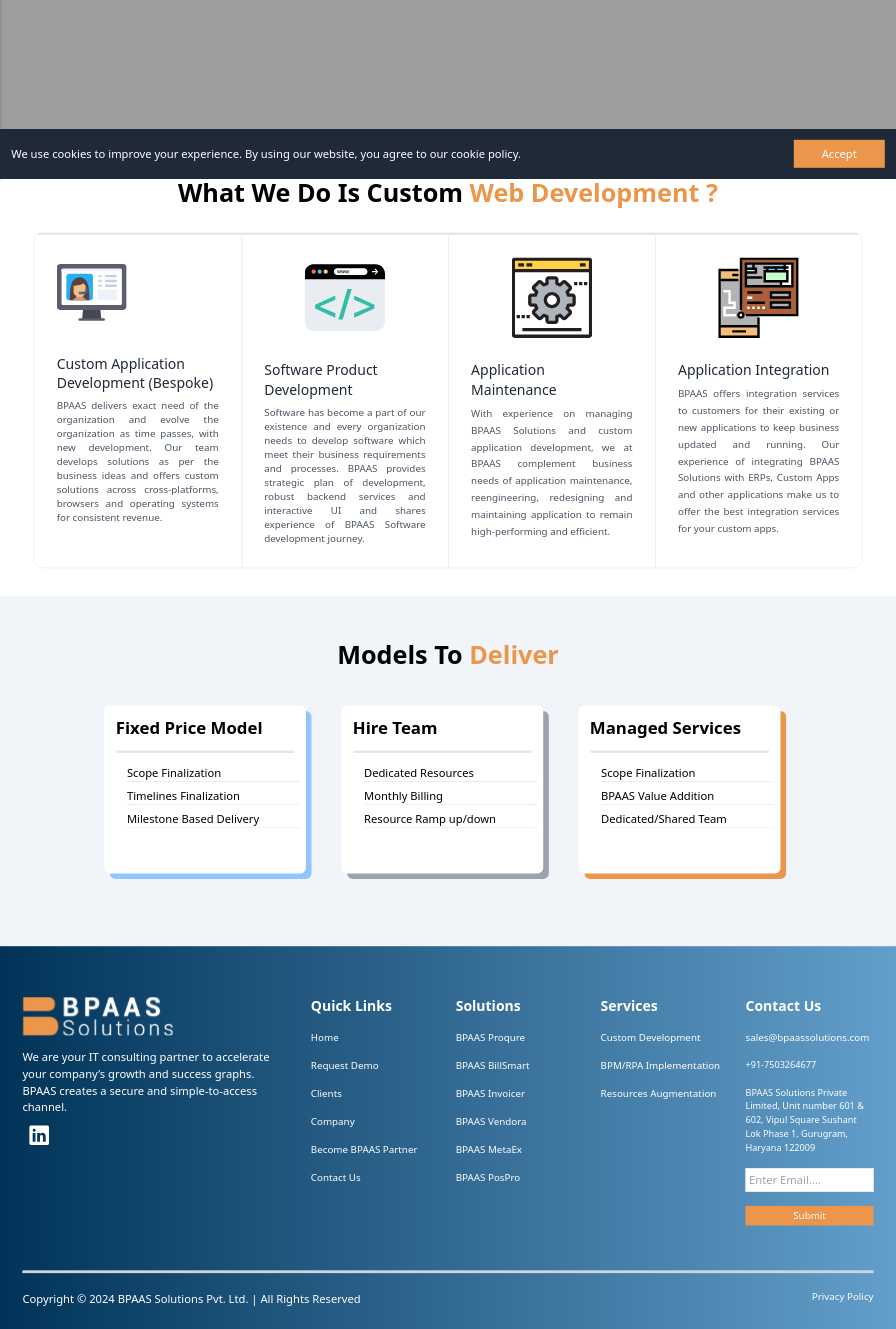
Repository: captainalpha/BP-Website
Page: /services/bp-services
The author's editor kept a copy of each file at every save. The page is drawn from the files as they stood at one save, then again after the next save.
The browser window is 1280 px wide. The pictures show the part of the page from y = 464 to 2384 px (the page is 2363 px tall before and 2384 px after), at 70% of full size.
Pictures or frames that could not be fetched are drawn as grey boxes. The project was rebuilt for these pictures with package versions that can differ from the ones it lists, and the page was loaded fresh each time. The framework's server and built-in components were replaced by stand-ins that run in the browser. Also part of the build but not shown: next.config.js, components/common/TopBanner.js.

Above is the page before, as saved 2024-08-13 14:28:49.

### pages/_app.js
import Navbar from "../components/common/Navbar";
import "../styles/globals.css";
import Footer from "../components/common/Footer";

import "swiper/css";
import "swiper/css/navigation";
import "swiper/css/pagination";



import { motion, AnimatePresence } from "framer-motion";
import CookiesMain from "../components/common/CookiesMain";

// import styles from './slider.module.scss'
function MyApp({ Component, pageProps, router }) {
  const spring = {
    type: "spring",
    damping: 20,
    stiffness: 100,
    when: "afterChildren",
  };
  return (
    <>
      <div className="z-50 scroll-smooth">
        <Navbar />
      </div>
      <AnimatePresence>
        <div className="page-transition-wrapper">
          <motion.div
            transition={spring}
            key={router.pathname}
            initial={{ y: -300, opacity: 0 }}
            animate={{ y: 0, opacity: 1 }}
            exit={{ y: 300, opacity: 0 }}
            id="page-transition-container"
          >
            <Component {...pageProps} /> <Footer />{" "}
            <CookiesMain/>
          </motion.div>
        </div>
      </AnimatePresence>
    </>
  );
}

export default MyApp;

### pages/services/bp-services.js
import TopBanner from "../../components/common/TopBanner";
import SectionHeader from "../../components/common/SectionHeader";
import TopBanner2 from "../../components/common/TopBanner2";
import Image from "next/image";

function BpServices() {
  return (
    <div>
      <TopBanner2
        image={"/images/policy-service2.jpg"}
        title="Services"
        discription="This Privacy Policy explains how we collect, use, disclose, and safeguard your information when you visit our website."
        btnShow={false}
      />
      <SectionHeader title="What we do is Custom " cTitle="Web Development ?" />
      <div className="py-0 overflow-hidden">
        <div className="container m-auto px-6 space-y-8 text-gray-500 md:px-12 pb-10">

          <div className=" grid border md:gap-0 gap-6  divide-x divide-y rounded-xl overflow-hidden sm:grid-cols-2 lg:divide-y-0 lg:grid-cols-2 xl:grid-cols-4">
            <div className="relative group bg-white transition hover:z-[1] hover:shadow-2xl">
              <div className="relative p-8 space-y-8 border-t-[3px] hover:border-orange">
                <Image
                  src="/svg/customer-dev.svg"
                  className="w-1/2 mx-auto"
                  width="100"
                  height="100"
                  alt="customer-developement"
                />

                <div className="space-y-2">
                  <h5 className="text-xl text-gray-800 font-medium transition group-hover:text-yellow-600">
                    Custom Application Development (Bespoke)
                  </h5>
                  <p className="text-sm text-gray-600 text-justify font-medium">
                    BPAAS delivers exact need of the organization and evolve the
                    organization as time passes, with new development. Our team
                    develops solutions as per the business ideas and offers
                    custom solutions across cross-platforms, browsers and
                    operating systems for consistent revenue.
                  </p>
                </div>
                {/* <a href="#" className="flex justify-between items-center group-hover:text-yellow-600">
                        <span className="text-sm">Read more</span>
                        <span className="-translate-x-4 opacity-0 text-2xl transition duration-300 group-hover:opacity-100 group-hover:translate-x-0">&RightArrow;</span>
                    </a> */}
              </div>
            </div>
            <div className="relative group bg-white transition hover:z-[1] hover:shadow-2xl">
              <div className="relative p-8 space-y-8 border-t-[3px] hover:border-orange">
                <img
                  // src="https://img.freepik.com/free-vector/customer-satisfaction-vector-banner_1325-2767.jpg?w=826"
                  src="/svg/software-dev.svg"
                  className="w-1/2 mx-auto"
                  width="350"
                  height="350"
                  alt="burger illustration"
                />

                <div className="space-y-2">
                  <h5 className="text-xl text-gray-800 font-medium transition group-hover:text-yellow-600">
                    Software Product Development
                  </h5>
                  <p className="text-sm text-gray-600 text-justify font-medium">
                    Software has become a part of our existence and every
                    organization needs to develop software which meet their
                    business requirements and processes. BPAAS provides
                    strategic plan of development, robust backend services and
                    interactive UI and shares experience of BPAAS Software
                    development journey.
                  </p>
                </div>
                {/* <a href="#" className="flex justify-between items-center group-hover:text-yellow-600">
                        <span className="text-sm">Read more</span>
                        <span className="-translate-x-4 opacity-0 text-2xl transition duration-300 group-hover:opacity-100 group-hover:translate-x-0">&RightArrow;</span>
                    </a> */}
              </div>
            </div>
            <div className="relative group bg-white transition hover:z-[1] hover:shadow-2xl">
              <div className="relative p-8 space-y-8 border-t-[3px] hover:border-orange">
                <img
                  // src="https://img.freepik.com/free-vector/customer-satisfaction-vector-banner_1325-2767.jpg?w=826"
                  src="/svg/application-maintenance.svg"
                  className="w-1/2 mx-auto"
                  width="350"
                  height="350"
                  alt="burger illustration"
                />

                <div className="space-y-2">
                  <h5 className="text-xl text-gray-800 font-medium transition group-hover:text-yellow-600">
                    Application Maintenance
                  </h5>
                  <p className="text-sm text-gray-600 text-justify font-medium leading-6">
                    With experience on managing BPAAS Solutions and custom
                    application development, we at BPAAS complement business
                    needs of application maintenance, reengineering, redesigning
                    and maintaining application to remain high-performing and
                    efficient.
                  </p>
                </div>
                {/* <a href="#" className="flex justify-between items-center group-hover:text-yellow-600">
                        <span className="text-sm">Read more</span>
                        <span className="-translate-x-4 opacity-0 text-2xl transition duration-300 group-hover:opacity-100 group-hover:translate-x-0">&RightArrow;</span>
                    </a> */}
              </div>
            </div>
            <div className="relative group bg-white transition hover:z-[1] hover:shadow-2xl">
              <div className="relative p-8 space-y-8 border-t-[3px] hover:border-orange">
                <img
                  // src="https://img.freepik.com/free-vector/customer-satisfaction-vector-banner_1325-2767.jpg?w=826"
                  src="/svg/app-integration.svg"
                  className="w-1/2 mx-auto "
                  width="350"
                  height="350"
                  alt="app-integration"
                />

                <div className="space-y-2">
                  <h5 className="text-xl text-gray-800 font-medium transition group-hover:text-yellow-600">
                    Application Integration
                  </h5>
                  <p className="text-sm text-gray-600 text-justify font-medium leading-6">
                    BPAAS offers integration services to customers for their
                    existing or new applications to keep business updated and
                    running. Our experience of integrating BPAAS Solutions with
                    ERPs, Custom Apps and other applications make us to offer
                    the best integration services for your custom apps.
                  </p>
                </div>
                {/* <a href="#" className="flex justify-between items-center group-hover:text-yellow-600">
                        <span className="text-sm">Read more</span>
                        <span className="-translate-x-4 opacity-0 text-2xl transition duration-300 group-hover:opacity-100 group-hover:translate-x-0">&RightArrow;</span>
                    </a> */}
              </div>
            </div>
          </div>
        </div>
      </div>

      <div className="bg-slate-100">
        <SectionHeader title="Models to " cTitle=" Deliver" />
        {/* <hr className="pb-2 pt-0 rounded-4xl border-t-4 w-52 m-auto" /> */}
      </div>

      <div className=" bg-slate-100">
        <div className="container mx-auto max-w-5xl">
          <div className="space-y-10 sm:space-y-0 sm:grid sm:grid-cols-2 lg:grid-cols-3 md:gap-10 px-12 pb-12 pt-6 sm:p-6 lg:pb-24 justify-center items-center">
            <div className="relative">
              <div className="bg-blue-300 w-72 h-60 rounded-lg mx-auto">
                <div className="bg-white w-72 h-60 -m-2 hover:m-0 absolute rounded-lg shadow-lg hover:shadow-2xl transition-all duration-150 ease-out hover:ease-in ">
                  <h1 className="m-4 text-lg md:text-2xl font-bold">
                    Fixed Price Model
                  </h1>
                  <hr className="m-4 rounded-2xl border-t-4" />
                  {/* <p className="m-4 text-sm">Lorem Ipsum is slechts een proeftekst uit het drukkerij- en zetterijwezen. Lorem Ipsum is de standaard proeftekst in deze bedrijfstak sinds de 16e eeuw, toen een onbekende drukker een zethaak</p> */}
                  <ul className="list-none hover:list-disc ml-6 px-2">
                    <li className="font-medium">Scope Finalization </li>
                    <hr className="pb-2 rounded-2xl border-t-1" />
                    <li className="font-medium">Timelines Finalization </li>
                    <hr className="pb-2 rounded-2xl border-t-1" />
                    <li className="font-medium">Milestone Based Delivery </li>
                    <hr className="pb-2 rounded-2xl border-t-1" />
                  </ul>
                </div>
              </div>
            </div>

            <div className="relative">
              <div className="bg-gray-400 w-72 h-60 rounded-lg mx-auto">
                <div className="bg-white w-72 h-60 -m-2 hover:m-0 absolute rounded-lg shadow-lg hover:shadow-2xl transition-all duration-150 ease-out hover:ease-in ">
                  <h1 className="m-4 text-lg md:text-2xl font-bold">
                    Hire Team
                  </h1>
                  <hr className="m-4 rounded-2xl border-t-4" />
                  {/* <p className="m-4 text-sm">Lorem Ipsum is slechts een proeftekst uit het drukkerij- en zetterijwezen. Lorem Ipsum is de standaard proeftekst in deze bedrijfstak sinds de 16e eeuw, toen een onbekende drukker een zethaak</p> */}
                  <ul className="list-none hover:list-disc ml-6 px-2">
                    <li className="font-medium">Dedicated Resources </li>
                    <hr className="pb-2 rounded-2xl border-t-1" />
                    <li className="font-medium">Monthly Billing</li>
                    <hr className="pb-2 rounded-2xl border-t-1" />
                    <li className="font-medium">Resource Ramp up/down</li>
                    <hr className="pb-2 rounded-2xl border-t-1" />
                  </ul>
                </div>
              </div>
            </div>

            <div className="relative">
              <div className="bg-orange w-72 h-60 rounded-lg mx-auto">
                <div className="bg-white w-72 h-60 -m-2 hover:m-0 absolute rounded-lg shadow-lg hover:shadow-2xl transition-all duration-150 ease-out hover:ease-in ">
                  <h1 className="m-4 text-lg md:text-2xl font-bold">
                    Managed Services
                  </h1>
                  <hr className="m-4 rounded-2xl border-t-4" />
                  {/* <p className="m-4 text-sm">Lorem Ipsum is slechts een proeftekst uit het drukkerij- en zetterijwezen. Lorem Ipsum is de standaard proeftekst in deze bedrijfstak sinds de 16e eeuw, toen een onbekende drukker een zethaak</p> */}
                  <ul className="list-none hover:list-disc ml-6 px-2">
                    <li className="font-medium">Scope Finalization </li>
                    <hr className="pb-2 rounded-2xl border-t-1" />
                    <li className="font-medium">BPAAS Value Addition</li>
                    <hr className="pb-2 rounded-2xl border-t-1" />
                    <li className="font-medium">Dedicated/Shared Team</li>
                    <hr className="pb-2 rounded-2xl border-t-1" />
                  </ul>
                </div>
              </div>
            </div>
          </div>
        </div>
      </div>
    </div>
  );
}

export default BpServices;

### styles/globals.css
@tailwind base;
@tailwind components;
@tailwind utilities;

.mySwiper {
  padding: 0 3rem;
}
.swiper-button-next {
  color: white;
  font-size: 20px !important;
}
.swiper-button-prev {
  color: white;
  font-size: 20px !important;
}
.swiper-button-prev:after {
  color: white;
  font-size: 20px !important;
}
.swiper-button-next:after {
  color: white;
  font-size: 20px !important;
}
.container-bpaas{
  max-width: 1100px;
}

/* .swiper-button-prev {

  background-image: url("data:[embedded picture, 251 characters]");
} */
.swiper-button-prev:after {

  border: 2px solid white;
  border-radius: 30%;
  /* width: 25%; */
  background: #ec964c;
  padding: 20%;
}
/* .swiper-button-next {
  background-image: url("data:[embedded picture, 251 characters]");
} */
.swiper-button-next:after {

  border: 2px solid white;
  border-radius: 30%;
  /* width: 25%; */
  background: #ec964c;
  padding: 20%;
}

@media only screen and (max-width: 600px) {
  .swiper-button-next:after {
    display: none;
  }
}
@media only screen and (max-width: 600px) {
  .swiper-button-prev:after {
    display: none;
  }
}




/*OEM Modal */
@layer utilities {
  @keyframes modalOpen {
    0% {
      clip-path: polygon(0 0, 0 0, 0 100%, 0 100%);
      opacity: 0;
    }
    100% {
      clip-path: polygon(0 0, 100% 0, 100% 100%, 0 100%);
      opacity: 1;
    }
  }

  @keyframes modalClose {
    0% {
      clip-path: polygon(0 0, 100% 0, 100% 100%, 0 100%);
      opacity: 1;
    }
    100% {
      clip-path: polygon(50% 0, 50% 0, 50% 100%, 50% 100%);
      opacity: 0;
    }
  }

  .animate-modalOpen {
    animation: modalOpen 0.5s forwards;
  }

  .animate-modalClose {
    animation: modalClose 0.5s forwards;
  }

  .custom-aspect-ratio {
    box-shadow: rgba(149, 157, 165, 0.2) 0px 8px 24px;
    aspect-ratio: 3 / 2;
  }
}

### components/common/CookiesMain.js
import { useState, useEffect } from 'react';
import Cookies from 'js-cookie';


const CookiesMain = () => {
    const [showBanner, setShowBanner] = useState(false);

  useEffect(() => {
    const consent = Cookies.get('cookie-consent');
    if (!consent) {
      setShowBanner(true);
    }
  }, []);

  const acceptCookies = () => {
    Cookies.set('cookie-consent', 'true', { expires: 365 });
    setShowBanner(false);
  };

  if (!showBanner) return null;
  return (
    <>

    <div className="fixed bottom-0 left-0 right-0 bg-gray-800 text-white p-4 flex justify-between items-center z-50">
      <span>We use cookies to improve your experience. By using our website, you agree to our cookie policy.</span>
      <button
        onClick={acceptCookies}
        className="bg-orange text-white px-4 md:px-10 py-2"
      >
        Accept
      </button>
    </div>

    </>
  )
}
export default CookiesMain

### components/common/SectionHeader.js
function SectionHeader({ title, discription, cTitle }) {
  return (
    <div className="pt-16 pb-0 px-5  md:px-10    flex flex-col justify-center items-center text-center space-y-3">
      <h1 className="lg:text-4xl text-2xl capitalize font-bold">
        {title}
        <span className="text-orange">{cTitle}</span>
      </h1>
      <p className="text-lg text-orange font-bold font-serif  md:pb-6 ">
        {discription}
      </p>
    </div>
  );
}

export default SectionHeader;

### components/common/TopBanner2.js
import Link from "next/link";
function TopBanner2({ image, title, discription, onClick,btnShow}) {
  return (
    <div
      style={{ backgroundImage: `url(${image})` }}
      className={`lg:h-[80vh] h-[60vh] mt-20 w-full text-white flex p-10 items-center bg-no-repeat bg-cover `}
    >
      <div className="space-y-4 lg:w-1/2  md:text-left">
        <h1 className="lg:text-5xl text-3xl font-bold capitalize ">{title}</h1>
        <p className="w-full lg:text-xl lg:text-justify tracking-tighter">
          {discription}
        </p>
    {btnShow&&(
        <Link passHref href="/request-demo">
          <button className="px-8 py-2  border-white border-2 hover:bg-orange font-medium text-xl">
            Request Demo
          </button>
        </Link>
    )}
      </div>
    </div>
  );
}

export default TopBanner2;

### tailwind.config.js
module.exports = {
  content: [
    "./pages/**/*.{js,ts,jsx,tsx}",
    "./components/**/*.{js,ts,jsx,tsx}",
  ],
  theme: {
    extend: {
      keyframes: {
        modalOpen: {
          '0%': { transform: 'scale(0)', opacity: 0 },
          '100%': { transform: 'scale(1)', opacity: 1 },
        },
        modalClose: {
          '0%': { transform: 'scale(1)', opacity: 1 },

        },
        fragmentIn: {
          '0%': { opacity: 0, transform: 'translate(-50px, -50px)' },
          '100%': { opacity: 1, transform: 'translate(0, 0)' },
        },
        fragmentOut: {
          '0%': { opacity: 1, transform: 'translate(0, 0)' },
          '100%': { opacity: 0, transform: 'translate(50px, 50px)' },
        },

      },
      animation: {
        modalOpen: 'modalOpen 0.5s ease-out forwards',
        modalClose: 'modalClose 0.5s ease-in forwards',
        fragmentIn: 'fragmentIn 0.5s ease-out forwards',
        fragmentOut: 'fragmentOut 0.5s ease-in forwards',
      },
      backgroundImage: {
        "testimonial-bg": "url('/img/hero-pattern.svg')",
        "testimonial-bgs": "url('/')",
      },
      colors: {
        primary: "#013358",
        secondary: "#639FCB",
        primaryText: "#1D669C",
        orange: "#EC964C",
        glassEffect:
          "linear-gradient(105.47deg, #FFFFFF -13.63%, rgba(255, 255, 255, 0) 108.8%)",
      },
      backgroundSize: {
        "size-200": "200% 200%",
      },
      backgroundPosition: {
        "pos-0": "0% 0%",
        "pos-100": "100% 100%",
      },
    },
    variants: {
      fill: ["hover", "focus"],
    },
    boxShadow: {
      "3xl": "0 35px 60px -15px rgba(0, 0, 0, 0.3)",
    },
  },
  plugins: [],
};

Loaded but not shown: components/common/Navbar.js (726 lines, source omitted); components/common/Footer.js (194 lines, source omitted)

After the next save:
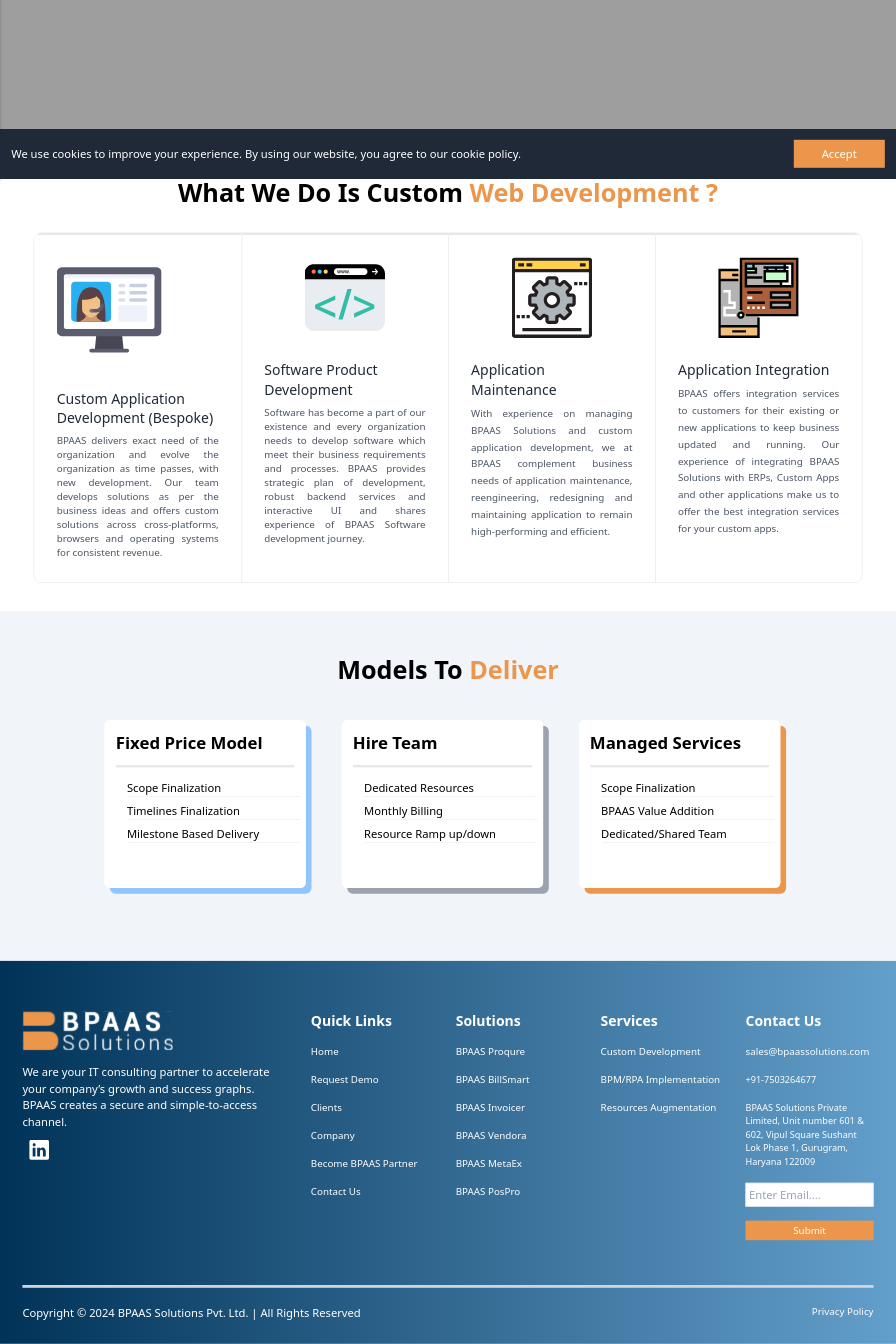
Saved 6 s later.
--- a/pages/services/bp-services.js
+++ b/pages/services/bp-services.js
@@ -22,8 +22,8 @@
                 <Image
                   src="/svg/customer-dev.svg"
                   className="w-1/2 mx-auto"
-                  width="100"
-                  height="100"
+                  width="150"
+                  height="150"
                   alt="customer-developement"
                 />
 
